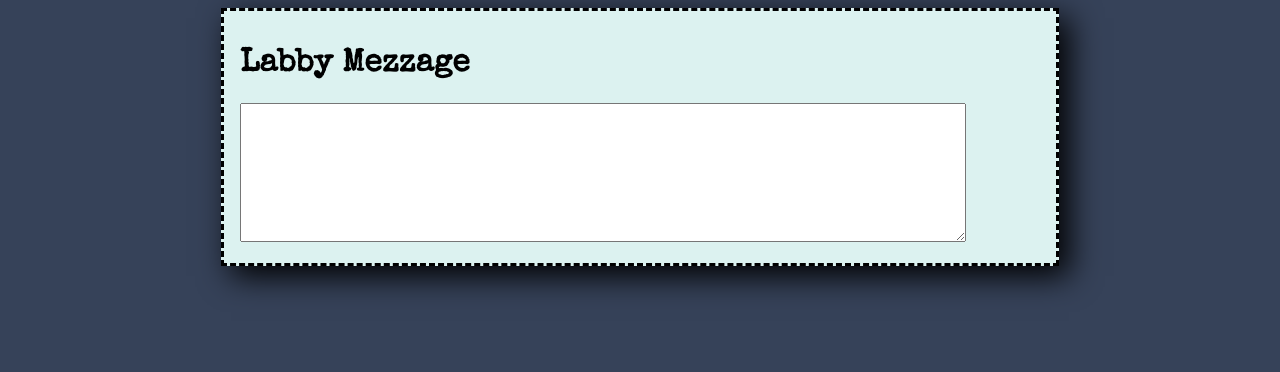
Repository: LindaOtt/1dv403-lo222hd-laborationer
Page: 2-labbymezzage/message.html
The author's editor kept a record of every edit. The page is drawn from the files as they stood at one moment, then again after the next edit.
The browser window is 1280 px wide. The pictures show the whole page.

Above is the page before.

### 2-labbymezzage/message.html
<!doctype html>
<head>
    <title>Labby Mezzage - Linda Ott Olander WP14</title>
    <link href='http://fonts.googleapis.com/css?family=Special+Elite' rel='stylesheet' type='text/css'>
    <link rel="stylesheet" href="css/style.css">
    <script type="text/javascript" src="js/message.js"></script>
    <script type="text/javascript" src="js/messageObject.js"></script>
</head>
<body>
    <div id="content">
        <h1>Labby Mezzage</h1>
        <form>
            <textarea></textarea>
        </form>
    </div>
</body>

### 2-labbymezzage/css/style.css
#content {
    width: 800px;
    margin: 0 auto;
    background-color: #DCF2F0;
    padding: 1em;
    box-shadow: 10px 10px 30px;
    border: 3px dashed black;
}

body {
    background-color: #364259;
    font-family: 'Special Elite';
}

textarea {
    font-family: 'Special Elite';
    color: red;
}

h1 {
    font-weight: bold;
}

textarea {
    width: 90%;
    height: 10em;
}

#submit-button {
    width: 6em;
    height: 3em;
    display: block;
    clear: both;
}

#writeout p {
    border: 1px solid black;
    padding: 1em 0 1em 1em;
}

.change-message {
    float: right;
    display: block;
}

### 2-labbymezzage/js/message.js
/* Skapar en konstruktorfunktion */
function Message(message, date){
    //Skapar privata getters och setters (privilegierade metoder)
    //för meddelanden

    //Hämtar meddelandetexten
    this.getText = function() {
        return message;
    }

    //Sätter meddelandetexten
    this.setText = function(_text) {
        message = _text;
    }

    //Skapar privata getters och setters (privilegierade metoder)
    //för datum

    //Hämtar datum
    this.getDate = function() {
        return date;
    }

    //Sätter datum
    this.setDate = function(_date) {
        date = _date;
    }

    //Strängrepresentation av objektet
    Message.prototype.toString = function() {
        return this.getText() + " (" + this.getDate()+")";
    }

    //Hämtar texten med \n utbytt mot <br>
    Message.prototype.getHTMLText = function() {

    }

}

### 2-labbymezzage/js/messageObject.js
var messageApp = {

    messages: [],

	init: function(){
		//Instansierar nytt Message-objekt
		var mess0 = new Message("Testmeddelande 1", new Date());
		var mess1 = new Message("Testmeddelande 2", new Date());

		//Lägger till meddelandet till arrayen messages
		messageApp.messages.push(mess0);
		messageApp.messages.push(mess1);

		var writeMessage = messageApp.messages[0].getText();
		var writeMessage2 = messageApp.messages[1].getText();

		//alert(writeMessage);
		//alert(writeMessage2);
	}

}

// Starta applikationen när fönstret laddat klart
window.onload = messageApp.init;

After the next edit:
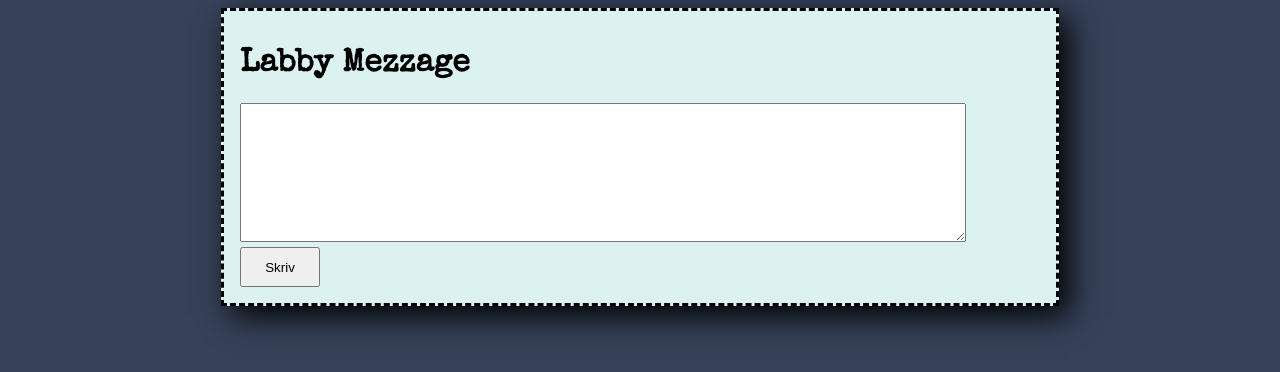
The edit:
--- a/2-labbymezzage/message.html
+++ b/2-labbymezzage/message.html
@@ -11,6 +11,7 @@
         <h1>Labby Mezzage</h1>
         <form>
             <textarea></textarea>
+            <input id="submit-button" type="submit" value="Skriv">
         </form>
     </div>
 </body>
